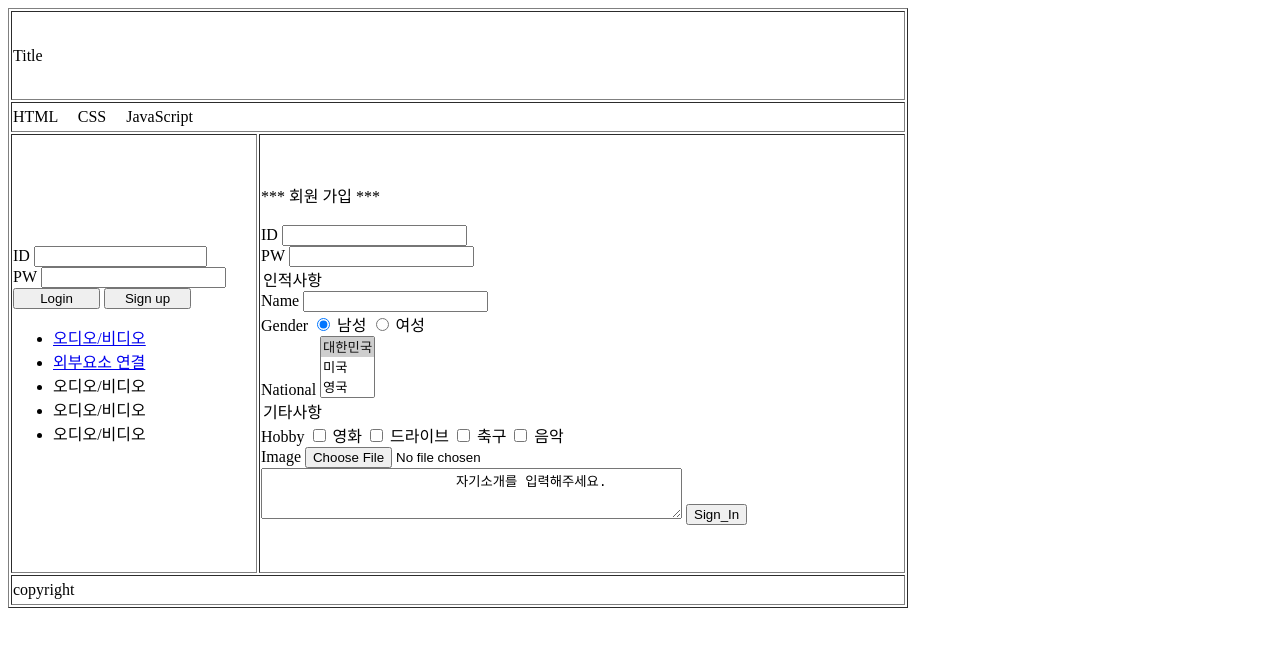
Repository: Hwangjiwon/MultiCampus
Page: http://localhost/2Study/jsp/member_insert.jsp
An editor plug-in stored every save of this project. The page is shown before and after the next save, followed by the edit.
The browser window is 1280 px wide. The pictures show the whole page.
The page is served by Tomcat 9.

Above is the page before, as saved 2019-05-31 02:33:36.

After the next save:
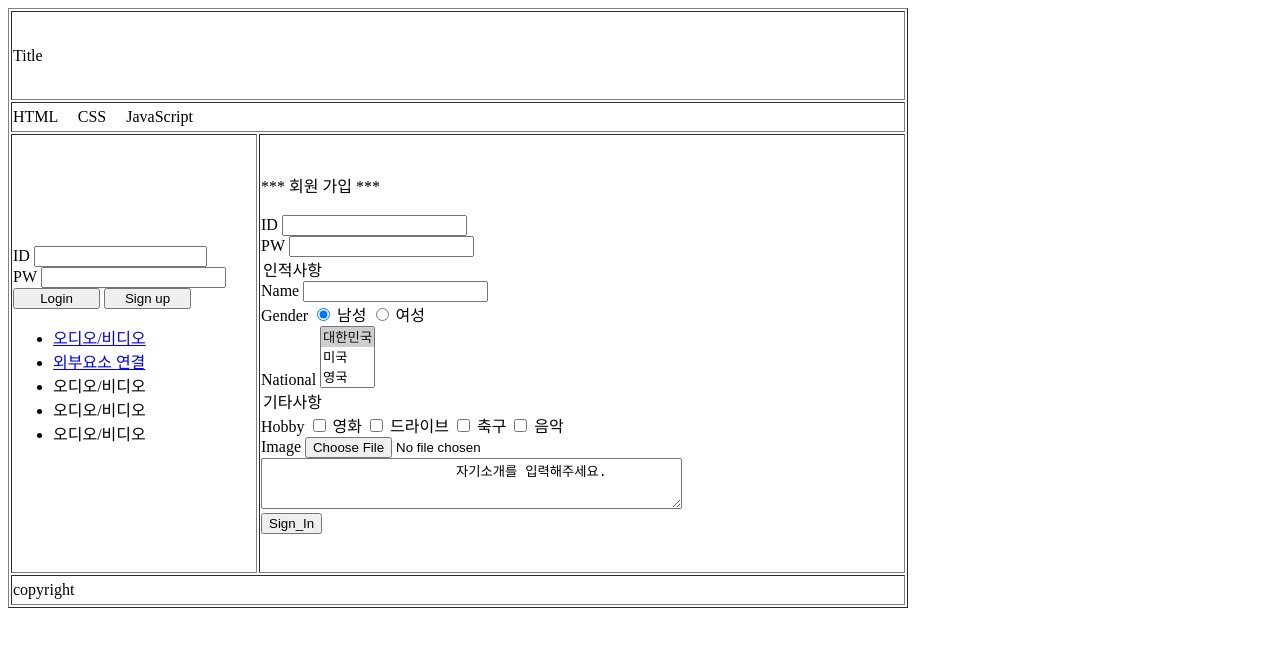
Saved 10 s later.
--- a/2Study/WebContent/jsp/member_insert.jsp
+++ b/2Study/WebContent/jsp/member_insert.jsp
@@ -34,7 +34,7 @@
 		Image <input type = "file" name = "filename" > <br>
 		<textarea rows = "3" cols ="50" name ="memo">
 			자기소개를 입력해주세요.
-		</textarea>
+		</textarea> <br>
 		</fildset>
 		<input type ="submit" value ="Sign_In">
 	</form>
